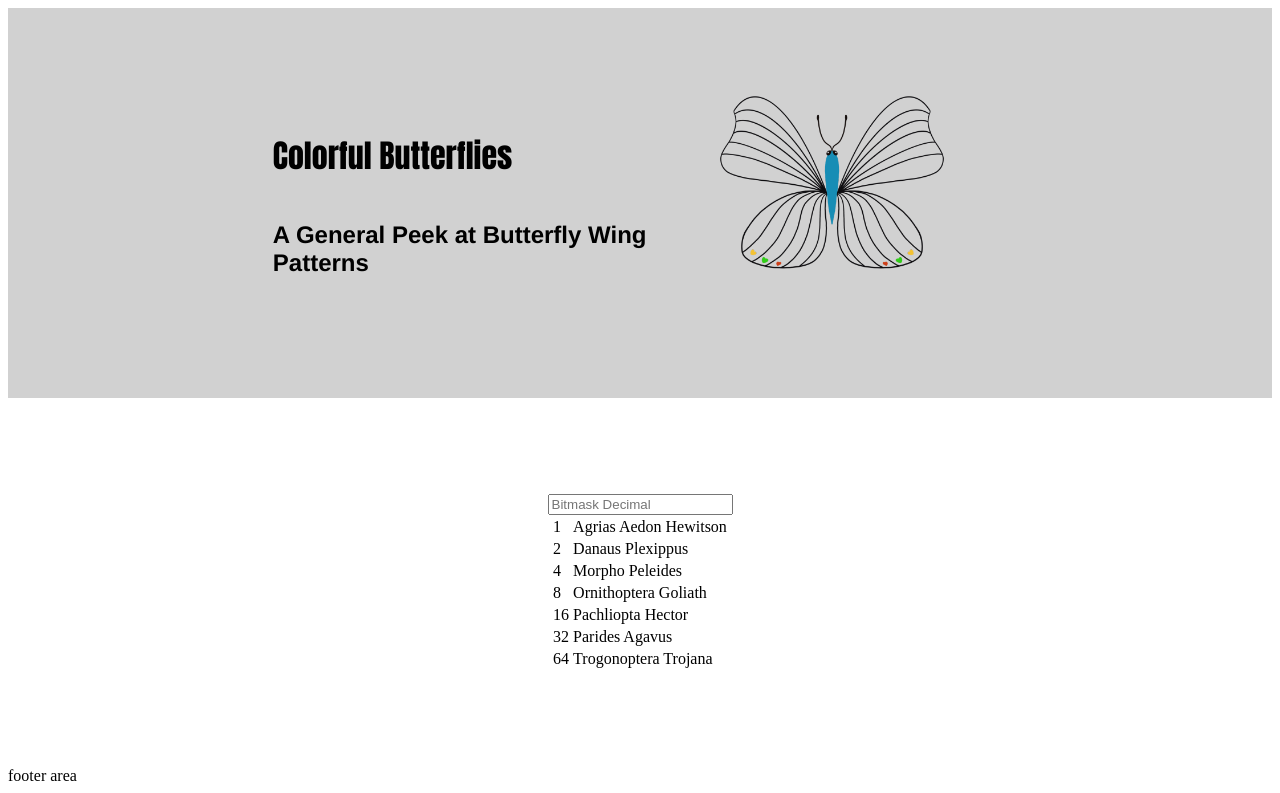
Repository: MeowCeline00/assessment-2
Page: /
The author's editor kept a copy of each file at every save. The page is drawn from the files as they stood at one save, then again after a run of saves.
The browser window is 1280 px wide. The pictures show the whole page.
The project was rebuilt for these pictures with package versions that can differ from the ones it lists, and the page was loaded fresh each time. The framework's server and built-in components were replaced by stand-ins that run in the browser. Also part of the build but not shown: next.config.mjs.

Above is the page before, as saved 2024-02-07 22:15:20.

After the next 2 saves:
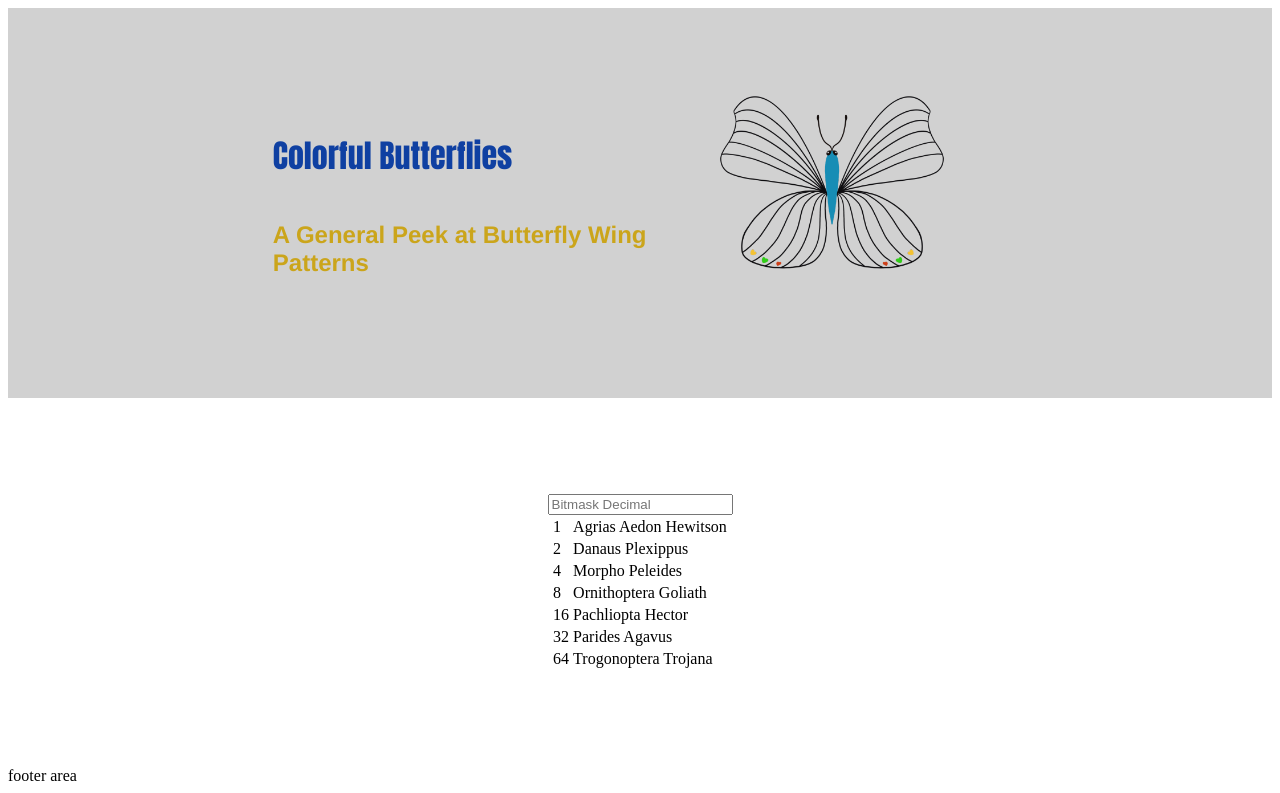
The 2 saves are shown as one change because they came seconds apart.
The last was saved 8 s later.
--- a/Components/Header/Header.module.css
+++ b/Components/Header/Header.module.css
@@ -13,13 +13,13 @@
 }
 
 .titleArea h1 {
-    color: var(h1);
+    color: var(--h1);
     font-size: xx-large;
     font-family: Impact, Haettenschweiler, 'Arial Narrow Bold', sans-serif;
 }
 
 .titleArea h2 {
-    color: var(h2);
+    color: var(--h2);
     font-family: 'Franklin Gothic Medium', 'Arial Narrow', Arial, sans-serif;
 }
 
